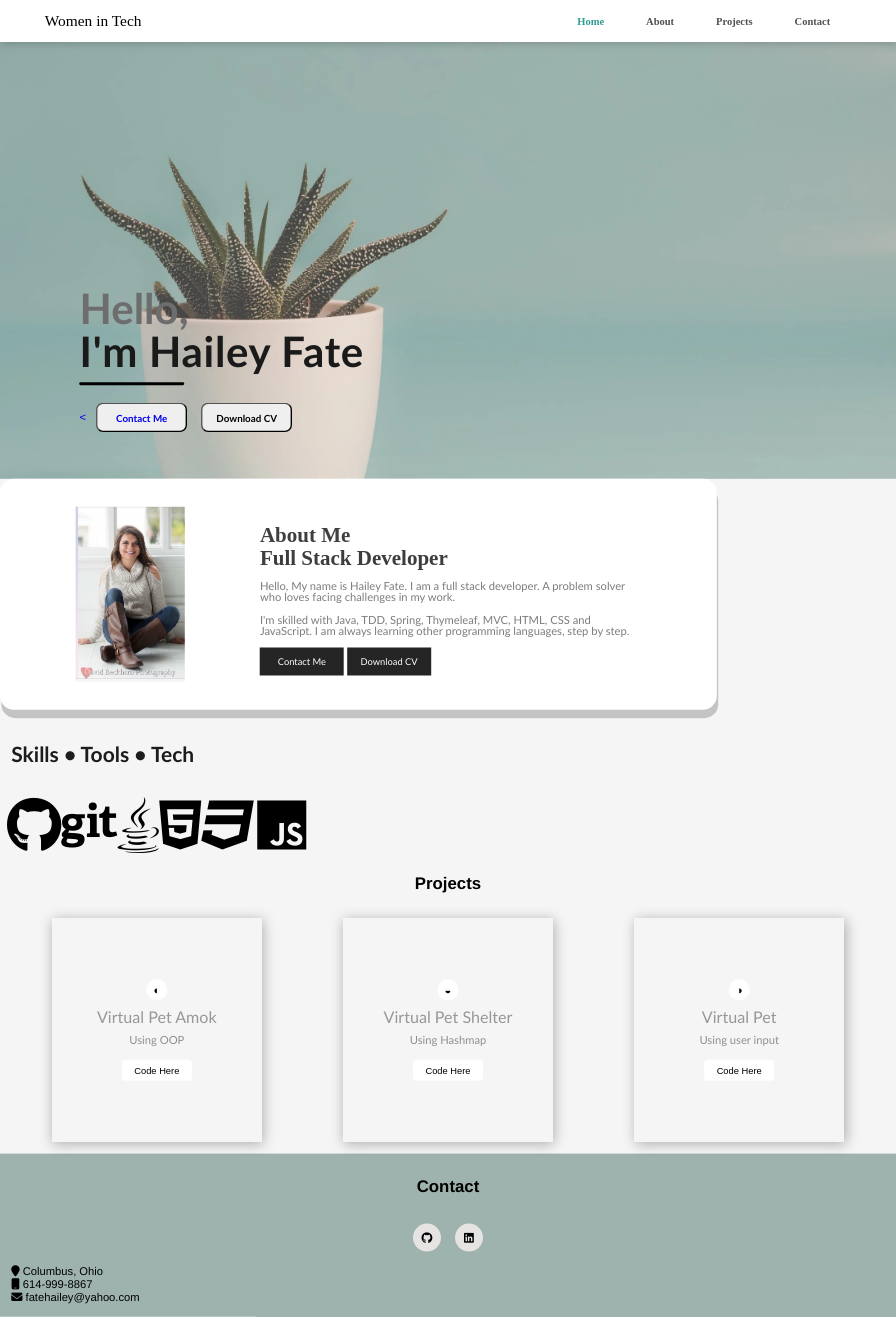
Repository: fatehailey/fatehailey.github.io
Page: index.html
These files come from the project's save history. The page is drawn as it stood at one moment and after the next save; the edit follows.
The browser window is 1280 px wide. The pictures show the whole page, at 70% of full size.
Some web libraries are served in a nearby version.

Above is the page before, as saved 2022-07-25 15:18:57.

### index.html
<!DOCTYPE html>
<html lang="en">

<head>
    <meta charset="UTF-8">
    <meta http-equiv="X-UA-Compatible" content="IE=edge">
    <meta name="viewport" content="width=device-width, initial-scale=1.0">
    <title>Professional Portfolio Website</title>
    <link rel="stylesheet" type="text/css" href="./style.css">
    <script src="https://kit.fontawesome.com/aba5373111.js" crossorigin="anonymous"></script>
</head>
<section>
    <!--------Navbar-->
    <nav>
        <header class="logo"> Women in Tech</header>
        <!--menu-->
        <ul>
            <li><a href="#" class="active">Home</a></li>
            <li><a href="#about">About</a></li>
            <li><a href="#projects">Projects</a></li>
            <li><a href="#contact-form">Contact</a></li>
        </ul>
    </nav>
    <!--text-->
    <div class="text-container">
        <p>Hello,</p>
        <p>I'm Hailey Fate</p>
        <p class="line"></p>
        <a href = "mailto: fatehailey@.com"><
        <button id="contact-form">Contact Me</a>
        <a href="Resume -JAVA.pdf">
            <button>Download CV</button>
        </a>

    </div>
</section>
<div class="about-container">
    <!--img-->
    <img src="20638533_10207488042478732_6104525529025967976_n.jpg" />
    <!--about-me-text-->
    <div class="about-text">
        <p id="about">About Me</p>
        <p>Full Stack Developer</p>
        <p>Hello, My name is Hailey Fate. I am a full stack developer. A problem solver who loves facing challenges in
            my work. </p>
        <p>I'm skilled with Java, TDD, Spring, Thymeleaf, MVC, HTML, CSS and JavaScript. I am always learning other
            programming languages, step by step.</p>
        <button id="contacts">Contact Me</button>
        <button onclick="Resume -JAVA.pdf">Download CV</button>
    </div>
</div>

<!--Project-->
<div class="skills">
    <!--text-->
    <div class="skills-text ">
        <p>Skills • Tools • Tech</p>
    </div>
    <div class="column">
        <i class="fa-brands fa-github"></i>
        <i class="fa-brands fa-git"></i>
        <i class="fa-brands fa-java"></i>
        <i class="fa-brands fa-html5"></i>
        <i class="fa-brands fa-css3"></i>
        <i class="fa-brands fa-js"></i>
    </div>
</div>
<h2 id="projects" style="text-align:center">Projects </h2>
<div class="box-container">
    <!--1------------->
    <div class="box-1">
        <span>◐</span>
        <p class="heading">Virtual Pet Amok</p>
        <p class="details">Using OOP</p>
        <a href="https://github.com/2022-April-Java-PT-Classroom/virtual-pet-amok-fatehailey">
            <button>Code Here</button>
        </a>
    </div>
    <!--2------------->
    <div class="box-2">
        <span>◒</span>
        <p class="heading">Virtual Pet Shelter</p>
        <p class="details">Using Hashmap</p>
        <a href="https://github.com/2022-April-Java-PT-Classroom/virtual-pet-shelter-fatehailey">
            <button>Code Here</button>
        </a>
    </div>
    <!--3------------->
    <div class="box-3">
        <span>◑</span>
        <p class="heading">Virtual Pet</p>
        <p class="details">Using user input</p>
        <a href="https://github.com/2022-April-Java-PT-Classroom/virtual-pet-fatehailey">
            <button>Code Here</button>
        </a>
    </div>
</div>
<footer>
    <div class="social-footer">
        <h2 id="contacts" style="text-align:center">Contact</h2>
        <div class="social-icons">
            <a href="https://github.com/fatehailey"><i class="fa-brands fa-github"></i></a>
            <a href="https://www.linkedin.com/in/haileyfate/"><i class="fa-brands fa-linkedin"></i></a>
        </div>
        <div class="place">
            <span class="fa-solid fa-location-pin"></span>
            <span class="text">Columbus, Ohio</span>
        <div class="phone">
            <span class="fa-solid fa-mobile"></span>
            <span class="text">614-999-8867</span>
        </div>
        <div class="email">
            <span class="fa-solid fa-envelope"></span>
            <span class="text">fatehailey@yahoo.com</span>
        </div>

    </div>
</footer>
</body>
</html>

### style.css

body{
    background-color: #f6f5f5;
    margin: 0;
    padding: 0px;
    font-family: 'Franklin Gothic Medium', 'Arial Narrow', Arial, sans-serif;
}
ul{
    list-style: none;
}
a{
    text-decoration: none;
}
section{
    width: 100%;
    height: 95vh;
    background-image: url('pexels-photo-1445416.webp');
    background-repeat: no-repeat;
    background-size: cover;
}
nav{
    display: flex;
    justify-content: space-between;
    align-items: center;
    height: 60px;
    background-color: #FFFFFF;
    box-shadow: 2px 2px 12px rgba(0,0,0,0.2);
    padding: 0px 5%;
}
nav ul{
    display: flex ;
}
nav ul li a{
    margin:30px;
    font-family: myraid pro regular;
    color:#505050;
    font-size: 15px;
    font-weight: 700;
}
.logo{
    font-family: RoadTest;
    color: #000000;
    font-size: 22px;
}
.active{
   font-weight:bold;
   color: #2e9e93;
}
.text-container p:nth-child(1){
    font-family: calibri;
    font-weight: bold;
    color: #6d6d6d;
    font-size: 60px;
    padding-bottom: 1rem;
}
.text-container p:nth-child(2){
    font-family: calibri;
    font-weight: bold;
    letter-spacing: 1px;
    color: #1a1a1a;
    font-size: 60px;
}
.text-container p:nth-child(3){
    font-family: myrid pro regular;
    color: #403e3e;
    font-size: 30px;
    line-height: 30px;
}
.text-container p{
    line-height: 0px;
    margin: 45px 0px 25px;
}
.line{
    width: 150px;
    height: 4px;
    background: #000000;
    margin: 10px auto;
    border-radius: 5px;
}
.text-container{
    position: absolute;
    left: 13%;
    top:42%;
    transform: translate(-13%, 42%);
}
.text-container button{
    width:130px;
    height: 42px;
    border-radius: 10px;
    font-family: calibri;
    font-weight: bold;
    font-size: 14px;
    outline:none;
    margin:0px 10px;
}
.abtme{
    border:2px solid #373636;
    color: #373636;
}
.down-cv{
    background-color: #0b0b0b;
    color: #FFFFFF;
    border: none;
}
button:active{
    transform:scale(1.1);
}

.about-container{
    width: 80%;
    height:330px;
    background-color: #ffffff;
    border-radius: 20px;
    box-shadow: 2px 12px rgba(0,0,0,0.2);
    display:flex;
    position: relative;
    justify-content: space-evenly;
    align-items: center;
}
.about-container img{
    height: 250px;
    margin-left: 5px;
}

.about-text{
    width: 550px;
    margin-left: 5px;;

}
.about-text p:nth-child(1){
    color: #403e3e;
    font-family: myriad pro;
    font-weight: bold;
    font-size: 30px;
    line-height: 0px;
}
.about-text p:nth-child(2){
    color: #3e3d3d;
    font-size: 30px;
    font-family: myriad pro;
    font-weight: bold;
    line-height: 5px;
}
.about-text p:nth-child(3),
.about-text p:nth-child(4){
    color: #7e7d7d;
    font-size: 20pxpx;
    font-family: calibri;
    line-height: 16px;
}
.about-text button{
    width:120px;
    height:40px;
    color: #FFFFFF;
    outline: none;
    border:none;
    font-family: calibri;
    background-color: #262525;
}
.skills-text p:nth-child(1){
	font-family: calibri;
	font-weight:bold;
	color:#1d1c1c;
	font-size:30px;
	line-height:0px;
}
.skills-text{
    padding-top: 2rem;
    padding-bottom: 2rem;
    padding-left: 1rem;;
	width: 500px;
    display: flex;
}
.column
{
    flex: 50%;
    padding: 0 10px 10px;
    display: flex;
    flex-flow: row wrap;
    margin-bottom: 15px;
    font-size: 5rem;
}
.column img
{
    float: left;
    width:  100px;
    height: 100px;
    object-fit: cover;
}
.box-container{
	display:flex;
	justify-content: space-around;
    padding: 1rem;
}
.box-1,.box-2,.box-3{
	width: 300px;
	height:320px;
	background-repeat: no-repeat;
	background-size: cover;
	box-shadow:2px 2px 18px rgba(0,0,0,0.3);
	align-items: center;
	justify-content: center;
	display: flex;
	flex-direction: column;
	margin: 0px 20px;
}
.box-1 span,
.box-2 span,
.box-3 span{
	width:30px;
	height:30px;
	border-radius:50%;
	background-color:#ffffff;
	display: flex;
	justify-content: center;
	align-items:center;
	font-family: calibri;
	font-weight: bold;
}
.box-1 p:nth-child(2),
.box-2 p:nth-child(2),
.box-3 p:nth-child(2){
	color:#979797;
	font-family: calibri;
	font-size: 23px;
	line-height:0px;

}
.box-1 p:nth-child(3),
.box-2 p:nth-child(3),
.box-3 p:nth-child(3){
	font-family: calibri;
	color:#8F8F8F;
	text-align:center;
	width: 230px;
	margin:0px 0px 20px 0px;

}
.box-1 button,
.box-2 button,
.box-3 button{
	width:100px;
	height:30px;
	background-color:#FFFFFF;
	border:none;
	outline: none;
	border-radius:5px;
}
footer{
    background-color: #9eb3ae;
    height: 220px;
    width: 100%;
    min-height: 5rem;
    margin: auto;
    padding-top: 1%;
}
.place{
    padding-left: 1rem;

}

.social-icons a{
    width:40px;
    height:40px;
    display: flex;
    justify-content: center;
    align-items: center;
    background-color:#e6e3e3;
    margin:20px 10px;
    border-radius:50%;
}
.social-icons{
    display: flex;
    justify-content: center;
}

.social-icons i,.social i{
    color:#000000;
}
.social-icons a:hover{
    background-color:#000000;
    box-shadow:2px 2px 12px rgba(0,0,0,0.2);
    transition:all ease 0.5s;
}
.social-icons a:hover i,
.social a:hover i{
    color:#FFFFFF;
    transition:all ease 0.5s;
}

After the next save:
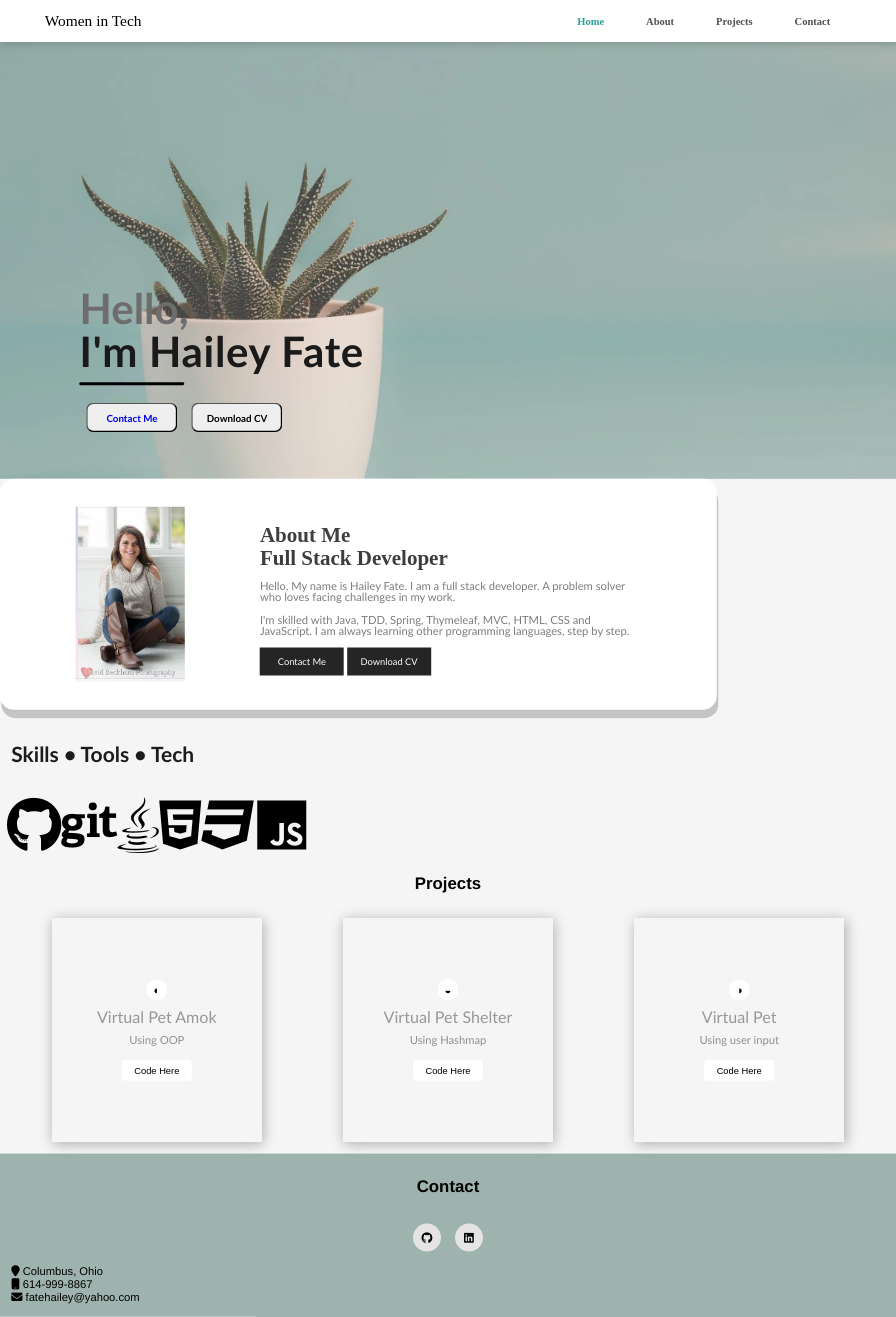
Saved 8 s later.
--- a/index.html
+++ b/index.html
@@ -26,7 +26,7 @@
         <p>Hello,</p>
         <p>I'm Hailey Fate</p>
         <p class="line"></p>
-        <a href = "mailto: fatehailey@.com"><
+        <a href = "mailto: fatehailey@.com">
         <button id="contact-form">Contact Me</a>
         <a href="Resume -JAVA.pdf">
             <button>Download CV</button>
